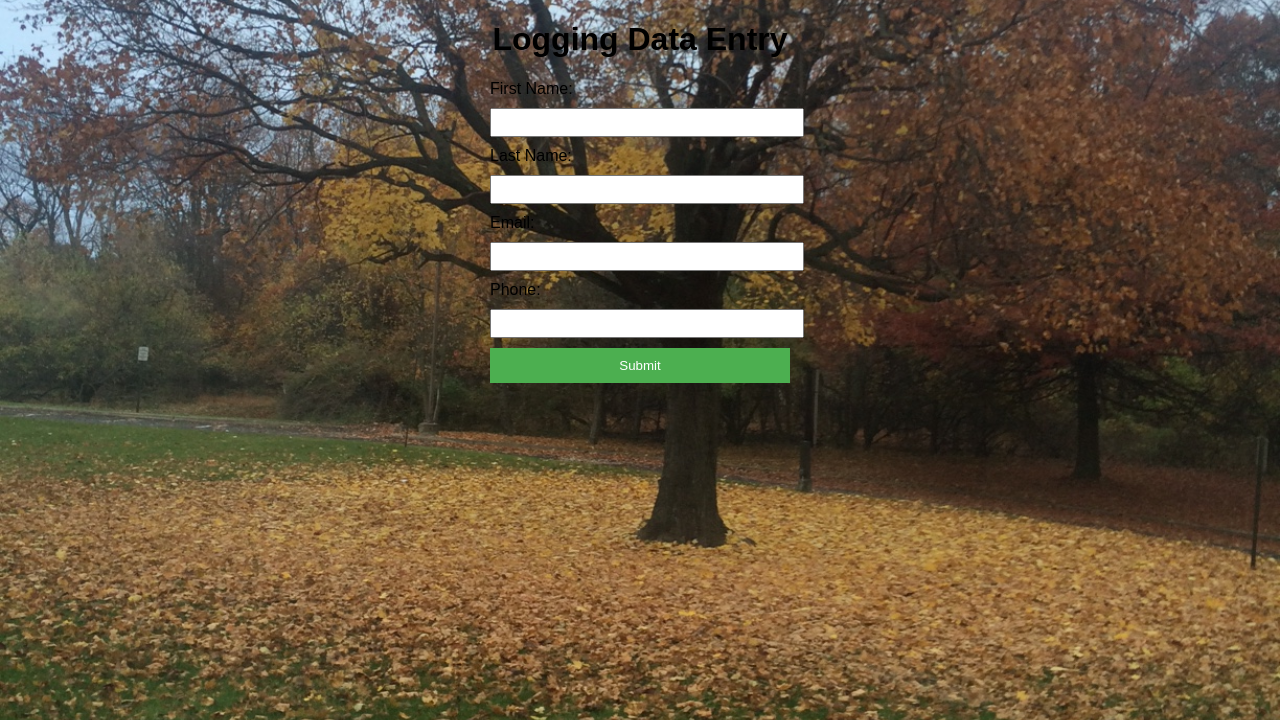
Repository: Nixon120/Python-API-MYSQL
Page: http://localhost/
These files come from the project's save history. The page is drawn as it stood at one moment and after the next save; the edit follows.
The browser window is 1280 px wide. The pictures show the whole page.
The page is served by the project's application, run on Flask 3 (app.py).

Above is the page before, as saved 2023-06-19 10:26:45.

### templates/index.html
<!DOCTYPE html>
<html>
<head>
  <title>Logging Data Entry</title>
  <link rel="stylesheet" type="text/css" href="{{ url_for('static', filename='style.css') }}">
  <style>
    body {
      background-image: url("{{ url_for('static', filename='pic.jpg') }}");
      background-size: cover;
      background-position: center;
    }
  </style>
</head>
<body>
  <h1>Logging Data Entry</h1>
  <form method="POST" action="/submit">
    <label for="first_name">First Name:</label>
    <input type="text" id="first_name" name="first_name" required>
    <label for="last_name">Last Name:</label>
    <input type="text" id="last_name" name="last_name" required>
    <label for="email">Email:</label>
    <input type="email" id="email" name="email" required>
    <label for="phone">Phone:</label>
    <input type="text" id="phone" name="phone" required>
    <input type="submit" value="Submit">
  </form>
</body>
</html>

### app.py
from flask import Flask, render_template, request
from flask_mysqldb import MySQL

app = Flask(__name__, static_url_path='/static')

# Configure MySQL
app.config['MYSQL_HOST'] = '127.0.0.1'
app.config['MYSQL_UNIX_SOCKET'] = None
app.config['MYSQL_PORT'] = 3306
app.config['MYSQL_USER'] = 'nixon'
app.config['MYSQL_PASSWORD'] = 'Maya100$'
app.config['MYSQL_DB'] = 'logging_db'

# Initialize MySQL
mysql = MySQL(app)


@app.route('/')
def index():
    return render_template('index.html')


@app.route('/submit', methods=['POST'])
def submit():
    first_name = request.form['first_name']
    last_name = request.form['last_name']
    email = request.form['email']
    phone = request.form['phone']

    try:
        # Insert the data into the MySQL database
        cur = mysql.connection.cursor()
        cur.execute("INSERT INTO logs (first_name, last_name, email, phone) VALUES (%s, %s, %s, %s)",
                    (first_name, last_name, email, phone))
        mysql.connection.commit()
        mysql.connection.autocommit(True)
        cur.close()
        return 'Data submitted successfully!'
    except Exception as e:
        print(f"Error occurred: {str(e)}")
        return 'An error occurred during data submission.'


if __name__ == '__main__':
    app.run(debug=True)

### static/style.css
body {
    font-family: Arial, sans-serif;
    background-image: url("/static/pic.jpg");
    background-size: cover;
    background-position: center;
  }

  h1 {
    text-align: center;
  }

  form {
    max-width: 300px;
    margin: 0 auto;
  }

  label {
    display: block;
    margin-bottom: 10px;
  }

  input[type="text"],
  input[type="email"],
  input[type="tel"] {
    width: 100%;
    padding: 5px;
    margin-bottom: 10px;
  }

  input[type="submit"] {
    width: 100%;
    padding: 10px;
    background-color: #4CAF50;
    color: white;
    border: none;
    cursor: pointer;
  }

After the next save:
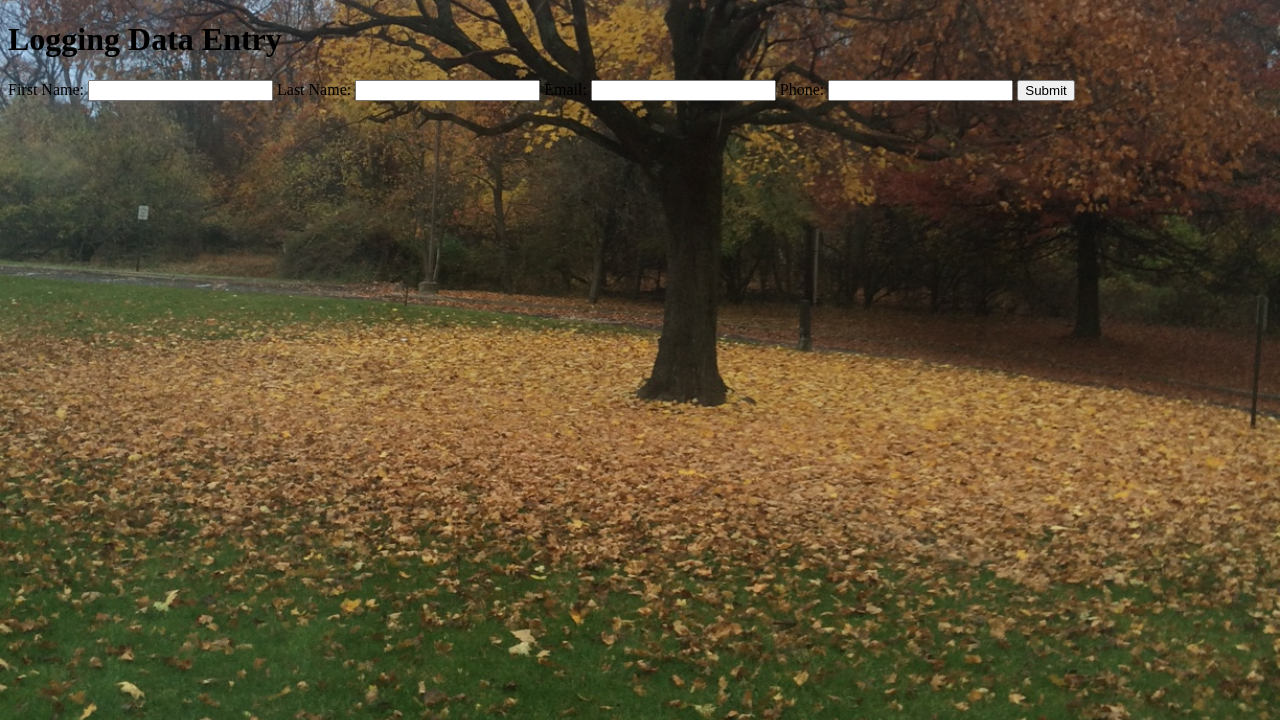
Saved 113 s later.
--- a/static/style.css
+++ b/static/style.css
@@ -1,37 +1,6 @@
-body {
-    font-family: Arial, sans-serif;
-    background-image: url("/static/pic.jpg");
-    background-size: cover;
-    background-position: center;
+/* Add this CSS rule to your style.css file */
+#video {
+    position: fixed;
+    bottom: 10px;
+    right: 10px;
   }
-
-  h1 {
-    text-align: center;
-  }
-
-  form {
-    max-width: 300px;
-    margin: 0 auto;
-  }
-
-  label {
-    display: block;
-    margin-bottom: 10px;
-  }
-
-  input[type="text"],
-  input[type="email"],
-  input[type="tel"] {
-    width: 100%;
-    padding: 5px;
-    margin-bottom: 10px;
-  }
-
-  input[type="submit"] {
-    width: 100%;
-    padding: 10px;
-    background-color: #4CAF50;
-    color: white;
-    border: none;
-    cursor: pointer;
-  }
